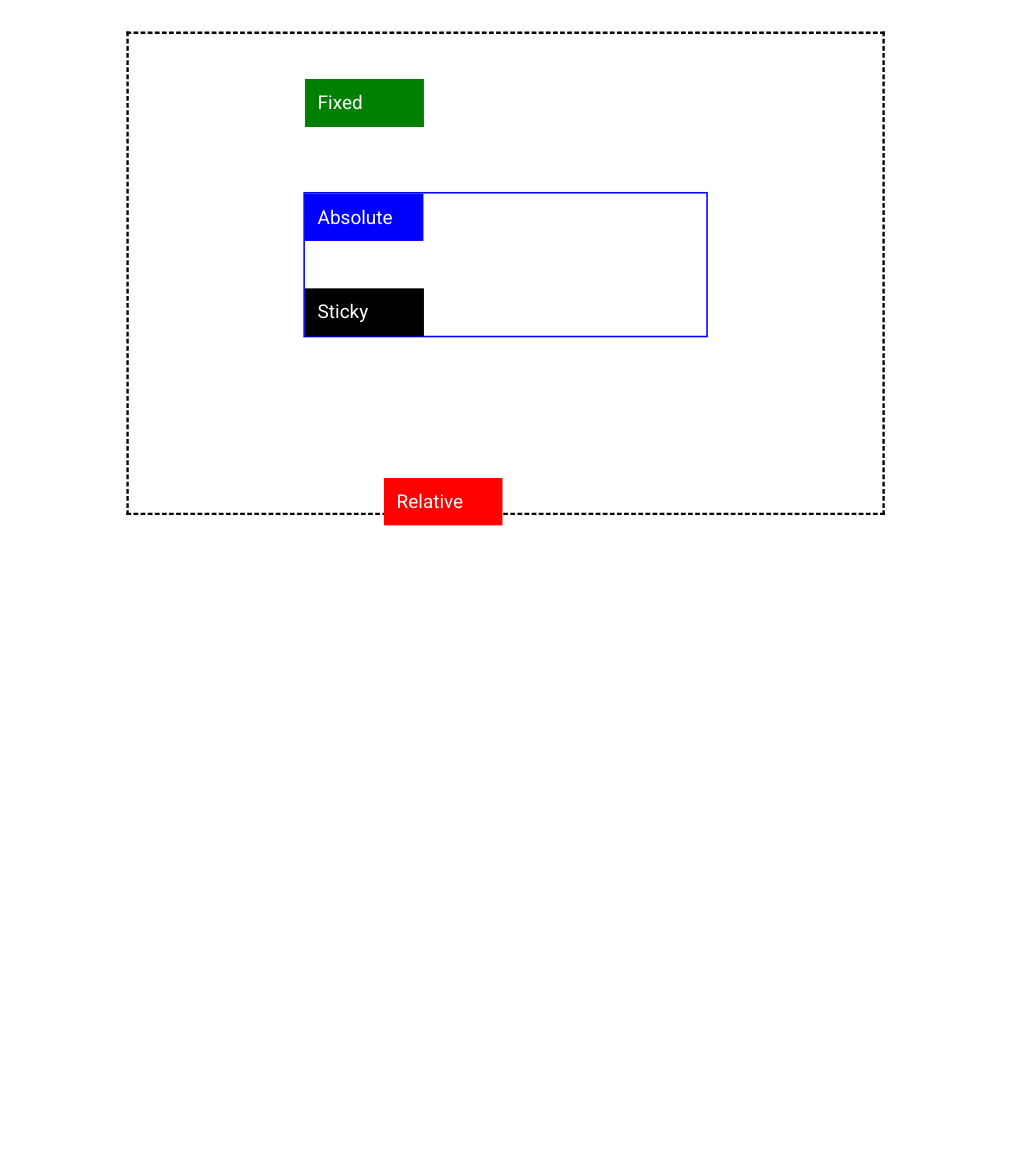
Repository: JavaProgrammerFromEastEurope/project-css-full-tutorial
Page: 13_lesson_starter/index.html
These files come from the project's save history. The page is drawn as it stood at one moment and after the next save; the edit follows.
The browser window is 1280 px wide. The pictures show the whole page, at 79% of full size.

Above is the page before, as saved 2023-04-07 11:33:59.

### 13_lesson_starter/index.html
<!DOCTYPE html>
<html lang="en">

<head>
    <meta charset="UTF-8">
    <meta http-equiv="X-UA-Compatible" content="IE=edge">
    <meta name="viewport" content="width=device-width, initial-scale=1.0">
    <title>CSS Position</title>
    <link rel="stylesheet" href="css/style.css">
</head>

<body>
    <div class="outer-container">
        <div class="inner-container">
            <div class="box absolute">
                <p>Absolute</p>
            </div>
            <div class="box relative">
                <p>Relative</p>
            </div>
            <div class="box fixed">
                <p>Fixed</p>
            </div>
            <div class="box sticky">
                <p>Sticky</p>
            </div>
        </div>
    </div>
    <!-- <button class="social">🚀</button>
    <section id="one">
        <header class="blue">Header One</header>
        <h2>One</h2>
    </section>
    <section id="two">
        <header class="red">Header Two</header>
        <h2>Two</h2>
    </section>
    <section id="three">
        <header class="green">Header Three</header>
        <h2>Three</h2>
    </section>
    <footer>
        <a href="#one">One</a> |
        <a href="#two">Two</a> |
        <a href="#three">Three</a>
    </footer> -->
</body>

</html>

### 13_lesson_starter/css/style.css
@import url('https://fonts.googleapis.com/css2?family=Roboto&family=Lobster&display=swap');

* {
  margin: 0;
  padding: 0;
  box-sizing: border-box;
}

body {
  font-family: 'Roboto', sans-serif;
  font-size: 1.5rem;
  min-height: 200vh;
}

.outer-container {
  border: 3px dashed #000;
  width: 75vw;
  height: 85vh;
  margin: 40px auto;
}

.inner-container {
  border: 2px solid #00f;
  width: 40vw;
  heigth: 50vh;
  margin: 200px auto;
}

.box {
  width: 150px;
  heigth: 150px;
  color: #fff;
  padding: 1rem;
}

.absolute {
	background-color: #00f;
	positionL absolute;
	top: 0;
	left: 0;
	z-index: 1;
}

.relative {
	background-color: #f00;
	position: relative;
	top: 300px;
	left: 100px;
}

.fixed {
	background-color: green;
	position: fixed;
	top: 100px;
}

.sticky {
	background-color: #000;
	position: sticky;
	top:0;
}

/*  Remember, how to make things disappear! */

/*//////////////////////////*/

html {scroll-behavior: smooth; }

section {
	height: 100vh;
}

.blue { background-color: #00f; }
.red { background-color: #f00; }
.green { background-color: green; }

header, footer {
	color: #fff;
	text-align: center;
	height: 100px;
}

header {
	position: sticky;
	top: 0;
	font-size: 5rem;
}

footer {
	background-color: #000;
	position: sticky;
	bottom: 0;
	font-size: 3rem;
}

a: visited {
	color: #fff;
}

.social {
	background-color: royalblue;
	color: #fff;
	font-size: inherit;
	padding: 1rem;
	position: fixed;
	top: 30%;
	left: 0;
	z-index: 1;
}

After the next save:
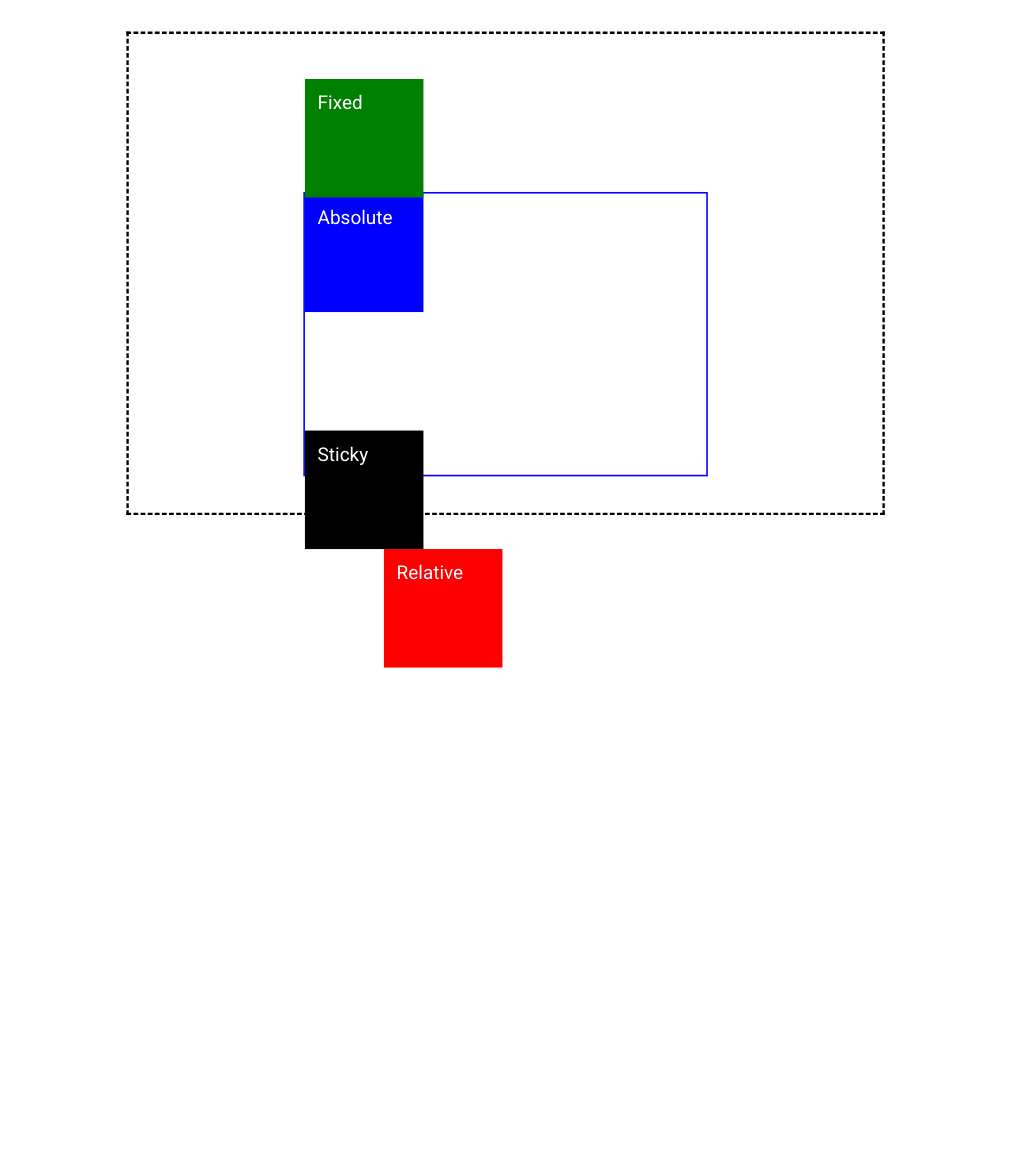
Saved 5 s later.
--- a/13_lesson_starter/css/style.css
+++ b/13_lesson_starter/css/style.css
@@ -22,13 +22,13 @@ body {
 .inner-container {
   border: 2px solid #00f;
   width: 40vw;
-  heigth: 50vh;
+  height: 50vh;
   margin: 200px auto;
 }
 
 .box {
   width: 150px;
-  heigth: 150px;
+  height: 150px;
   color: #fff;
   padding: 1rem;
 }
